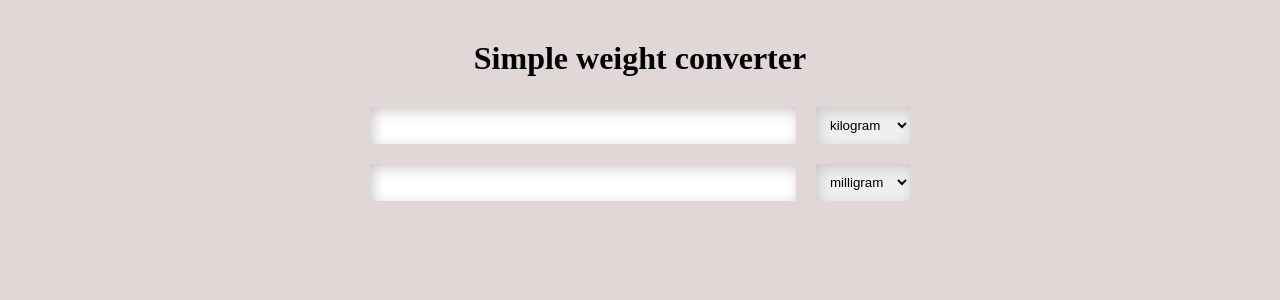
Repository: Eugene44-hub/weight-converter
Page: index.html
An editor plug-in stored every save of this project. The page is shown before and after the next save, followed by the edit.
The browser window is 1280 px wide. The pictures show the whole page.

Above is the page before, as saved 2021-09-20 05:18:57.

After the next save:
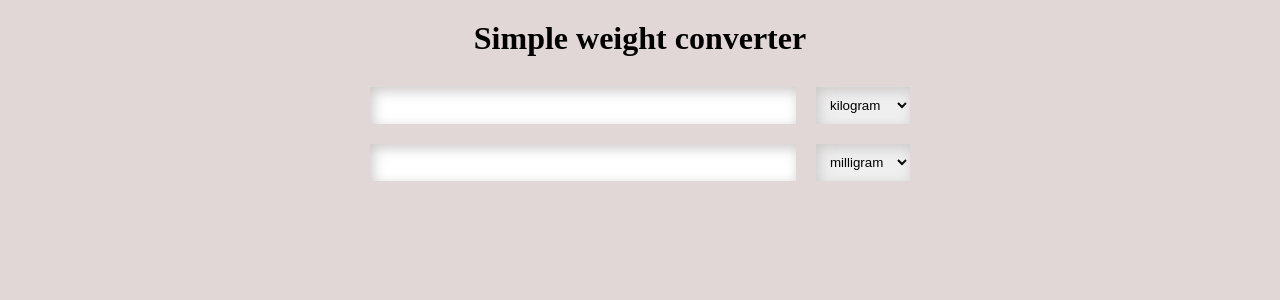
Saved 12 s later.
--- a/style.css
+++ b/style.css
@@ -30,7 +30,7 @@ select {
     flex-wrap: wrap;
     justify-content: space-between;
     padding: 20px;
-    margin: 20px auto;
+    margin: auto;
     max-width: 600px;
 }
 
